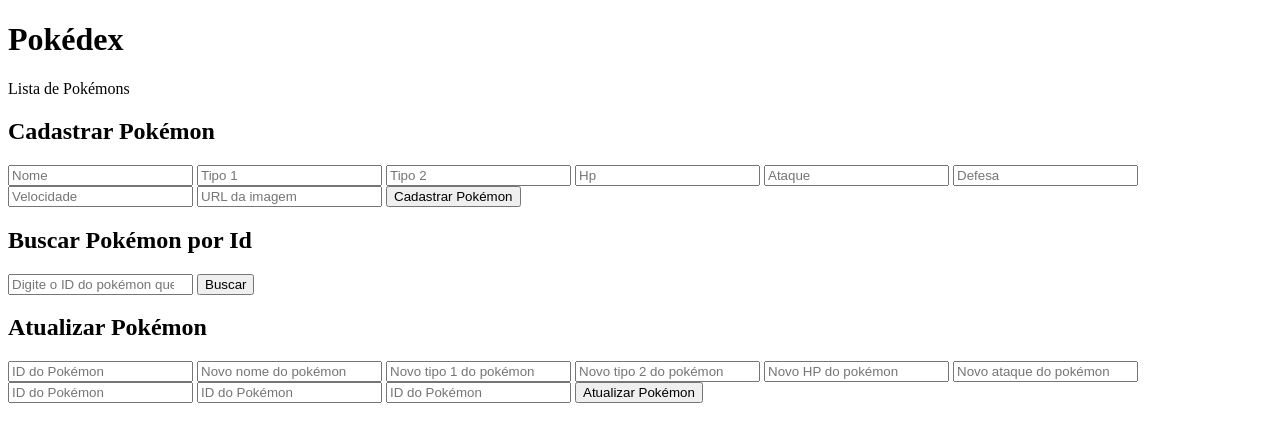
Repository: arthurSchgg/pokedex
Page: front-end/index.html
These files come from the project's save history. The page is drawn as it stood at one moment and after the next save; the edit follows.
The browser window is 1280 px wide. The pictures show the whole page.
The page's requests for data from a server got no answer.

Above is the page before, as saved 2026-10-01 16:12:02.

### front-end/index.html
<!DOCTYPE html>
<html lang="pt-br">

<head>
    <meta charset="UTF-8">
    <meta name="viewport" content="width=device-width, initial-scale=1.0">
    <link rel="stylesheet" href="style.css">
    <title>Pokédex</title>
</head>

<body>

    <h1>Pokédex</h1>

    <div id="container-pokemon">Lista de Pokémons</div>

    <form id="pokemon-form">

        <h2>Cadastrar Pokémon</h2>

        <input id="nome" type="text" placeholder="Nome" required>

        <input id="tipo1" type="text" placeholder="Tipo 1" required>

        <input id="tipo2" type="text" placeholder="Tipo 2">

        <input id="hp" type="number" placeholder="Hp" required>

        <input id="ataque" type="number" placeholder="Ataque" required>

        <input id="defesa" type="number" placeholder="Defesa" required>

        <input id="velocidade" type="number" placeholder="Velocidade" required>

        <input id="imagem_url" type="text" placeholder="URL da imagem" required>

        <button type="submit">Cadastrar Pokémon</button>

    </form>


    <div>
        <h2>Buscar Pokémon por Id</h2>

        <input
            type="number"
            id="id"
            placeholder="Digite o ID do pokémon que deseja buscar"
        >

        <button id="buscar-pokemon">Buscar</button>
    </div>

    <div id="pokemon-buscado"></div>

    <div>
        <h2>Atualizar Pokémon</h2>

        <form id="pokemon-update-form">
            <input
                type="number"
                id="update-id"
                placeholder="ID do Pokémon"
                required
            >

            <input
                type="text"
                id="update-nome"
                placeholder="Novo nome do pokémon"
                required
            >

            <input
                type="text"
                id="update-tipo1"
                placeholder="Novo tipo 1 do pokémon"
                required
            >

            <input
                type="number"
                id="update-tipo2"
                placeholder="Novo tipo 2 do pokémon"
                required
            >

            <input
                type="number"
                id="update-hp"
                placeholder="Novo HP do pokémon"
                required
            >

            <input
                type="number"
                id="update-ataque"
                placeholder="Novo ataque do pokémon"
                required
            >

            <input
                type="number"
                id="update-defesa"
                placeholder="ID do Pokémon"
                required
            >

            <input
                type="number"
                id="update-velocidade"
                placeholder="ID do Pokémon"
                required
            >

            <input
                type="number"
                id="update-imagem_url"
                placeholder="ID do Pokémon"
                required
            >

            <button type="submit">Atualizar Pokémon</button>
        </form>
    </div>

    <script src="script.js"></script>
</body>

</html>

### front-end/script.js
const API_URL = "http://localhost:8181/v1/pokedex";

//Lista os pokemons
async function carregarPokemon() {
    try {
        const resposta = await fetch(`${API_URL}/listar`);

        if (!resposta.ok) {
            throw new Error(`Erro no servidor: ${resposta.status}`);
        }

        const pokemons = await resposta.json();

        console.log("Pokémons carregados:", pokemons);

        const container = document.getElementById("container-pokemon");

        pokemons.forEach(pokemon => {

            const card = document.createElement("div");

            card.innerHTML = `
                <h2>${pokemon.nome}</h2>

                <img src="${pokemon.imagemUrl}" alt="${pokemon.nome}">

                <p>ID: ${pokemon.id}</p>

                <p>Tipo: ${pokemon.tipo1}</p>

                <p>HP: ${pokemon.hp}</p>

                <p>Ataque: ${pokemon.ataque}</p>

                <p>Defesa: ${pokemon.defesa}</p>

                <p>Velocidade: ${pokemon.velocidade}</p>

            `;

            container.appendChild(card);
        });

    } catch (erro) {
        console.error("Erro ao buscar pokémons na linha do fetch:", erro);
    }
}

carregarPokemon();


//Cadastra um novo pokémon
const formulario = document.getElementById("pokemon-form");

formulario.addEventListener("submit", async (event) => {

    event.preventDefault();

    const pokemon = {

        nome: document.getElementById("nome").value,

        tipo1: document.getElementById("tipo1").value,

        tipo2: document.getElementById("tipo2").value,

        hp: Number(document.getElementById("hp").value),

        ataque: Number(document.getElementById("ataque").value),

        defesa: Number(document.getElementById("defesa").value),

        velocidade: Number(document.getElementById("velocidade").value),

        imagemUrl: document.getElementById("imagem_url").value
    }

    try {
        const resposta = await fetch(
            "http://localhost:8181/v1/pokedex/cadastrar",
            {
                method: "POST",

                headers: {
                    "Content-Type": "application/json"
                },

                body: JSON.stringify(pokemon)
            }
        );

        if (!resposta.ok) {
            throw new Error("Erro ao cadastrar Pokémon");
        }

        const pokemonCadastrado = await resposta.json();

        console.log("Pokémon cadastrado: " + pokemonCadastrado);

        alert("Pokémon cadastrado com sucesso!");

        formulario.reset();
    } catch (erro) {
        console.error("Erro: ", erro);

        alert("Não foi possível cadastrar o Pokémon.")
    }
});

//Busca um pokémon pelo seu ID

const botaoBuscar = document.getElementById("buscar-pokemon");

botaoBuscar.addEventListener("click", async () => {

    const id = document.getElementById("id").value;

    if (!id) {
        alert("Digite um ID.");
        return;
    }

    try {
        const resposta = await fetch(`${API_URL}/${id}`);

        if (!resposta.ok) {
            throw new Error(`Pokémon não encontrado. Status: ${resposta.status}`);
        }

        const pokemon = await resposta.json();

        console.log("Pokémon encontrado: ", pokemon);

        const container = document.getElementById("pokemon-buscado");

        container.innerHTML = `
            <div class="card-pokemon">

                <h2>${pokemon.nome}</h2>

                <img
                    src="${pokemon.imagemUrl}"
                    alt="${pokemon.nome}"
                >

                <p>Tipo 1: ${pokemon.tipo1}</p>
                <p>Tipo 2: ${pokemon.tipo2 || "Nenhum"}</p>

                <p>HP: ${pokemon.hp}</p>
                <p>Ataque: ${pokemon.ataque}</p>
                <p>Defesa: ${pokemon.defesa}</p>
                <p>Velocidade: ${pokemon.velocidade}</p>

            </div>
        `;
    } catch (erro) {
        console.error("Erro ao buscar o Pokémon: ", erro);

        alert("Pokémon não encontrado");
    }

});


//Atualiza o pokémon pelo ID
const formularioUpdate = document.getElementById("pokemon-update-form");

formularioUpdate.addEventListener("submit", async () => {

    event.preventDefault();

    const id = document.getElementById("update-id").value;

    const pokemonAtualizado = {

        nome: document.getElementById("update-nome").value,

        tipo1: document.getElementById("update-tipo1").value,

        tipo2: document.getElementById("update-tipo2").value,

        hp: Number(document.getElementById("update-hp").value),

        ataque: Number(document.getElementById("update-ataque").value),

        defesa: Number(document.getElementById("update-defesa").value),

        velocidade: Number(
            document.getElementById("update-velocidade").value
        ),

        imagemUrl: document.getElementById("update-imagem_url").value
    };

    const resposta = await fetch(`${API_URL}/${id}`, {
        method: "PUT",

        headers: {
            "Content-Type:": "application/json"
        },

        body: JSON.stringify(pokemonAtualizado)
    })
});

Loaded but not shown: front-end/style.css (no stored copy; drawn as an empty file)

After the next save:
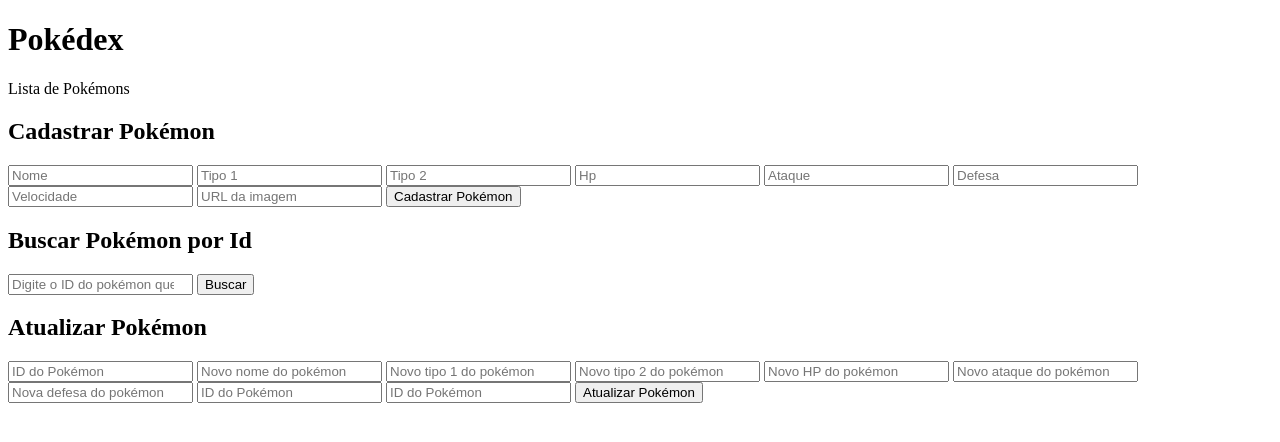
Saved 10 s later.
--- a/front-end/index.html
+++ b/front-end/index.html
@@ -102,7 +102,7 @@
             <input
                 type="number"
                 id="update-defesa"
-                placeholder="ID do Pokémon"
+                placeholder="Nova defesa do pokémon"
                 required
             >
 
